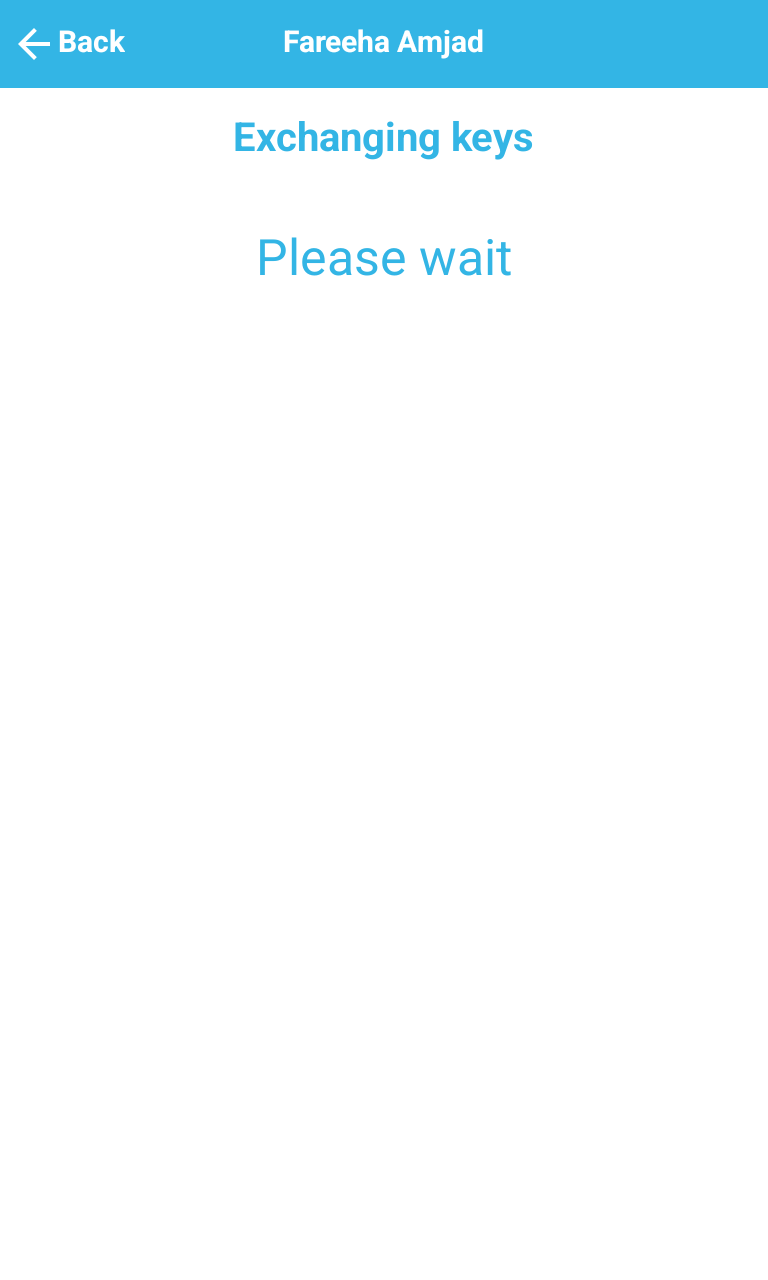
Repository: fareehaamjad/SMI-final
Layout: SecureMobileIdentity/res/layout/sms_activity.xml
The author's editor kept a copy of each file at every save. The layout is drawn from the files as they stood at one save, then again after the next save.
It is drawn on a 768 x 1280 px phone screen (xhdpi) without system bars, with theme AppTheme; the app's code is not run. Lists and similar views that code fills are empty. The app's manifest (not shown) leaves right-to-left support off. So textAlignment, textDirection and layoutDirection are ignored, and left and right values win over start and end ones.

Above is the layout before, as saved 2015-08-19 15:17:45.

After the next save:
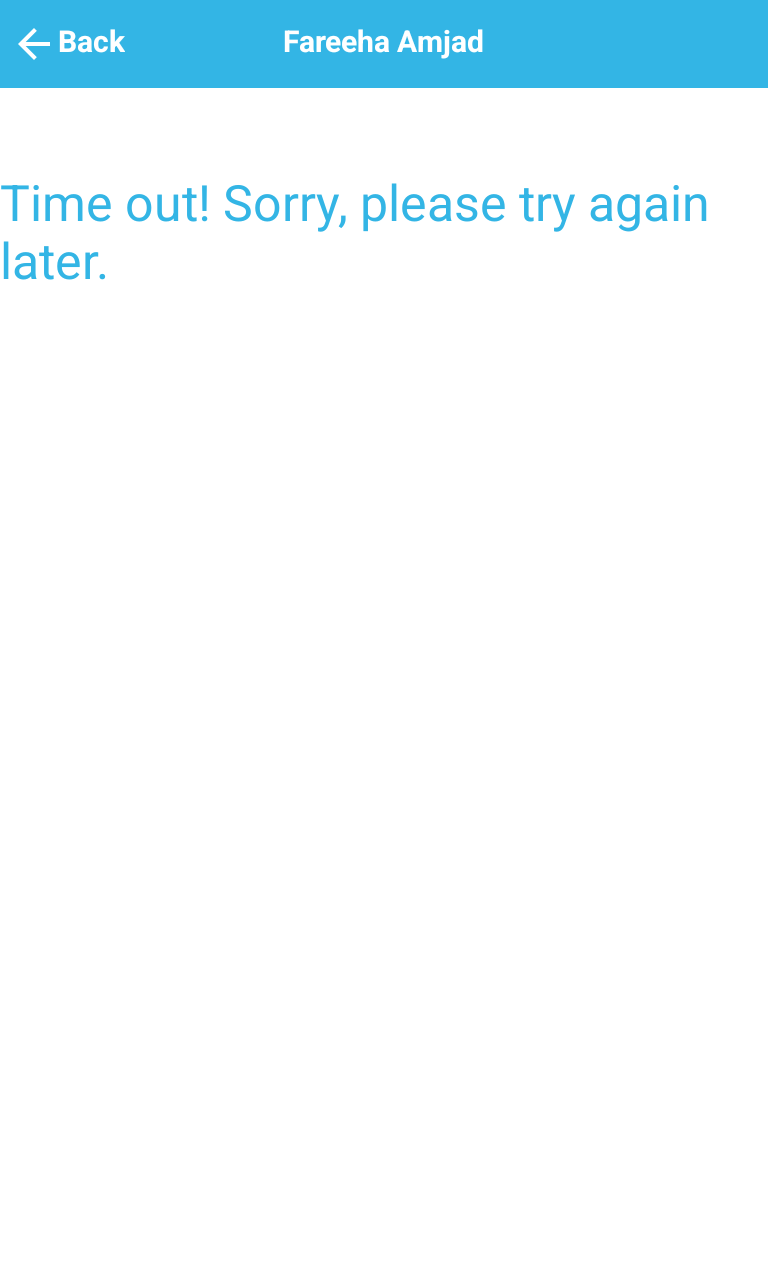
Saved 38 s later.
--- a/SecureMobileIdentity/res/layout/sms_activity.xml
+++ b/SecureMobileIdentity/res/layout/sms_activity.xml
@@ -229,18 +229,9 @@
             android:layout_width="wrap_content"
             android:layout_height="wrap_content"
             android:layout_gravity="center_horizontal"
-            android:text="Exchanging keys"
-            android:textColor="#33B5E5"
-            android:textSize="20dp"
-            android:textStyle="bold" />
-
-        <TextView
-            android:layout_width="wrap_content"
-            android:layout_height="wrap_content"
-            android:layout_gravity="center_horizontal"
             android:layout_marginTop="20dp"
             android:paddingTop="10dp"
-            android:text="Please wait"
+            android:text="Time out! Sorry, please try again later."
             android:textColor="#33B5E5"
             android:textSize="25sp" />
 
